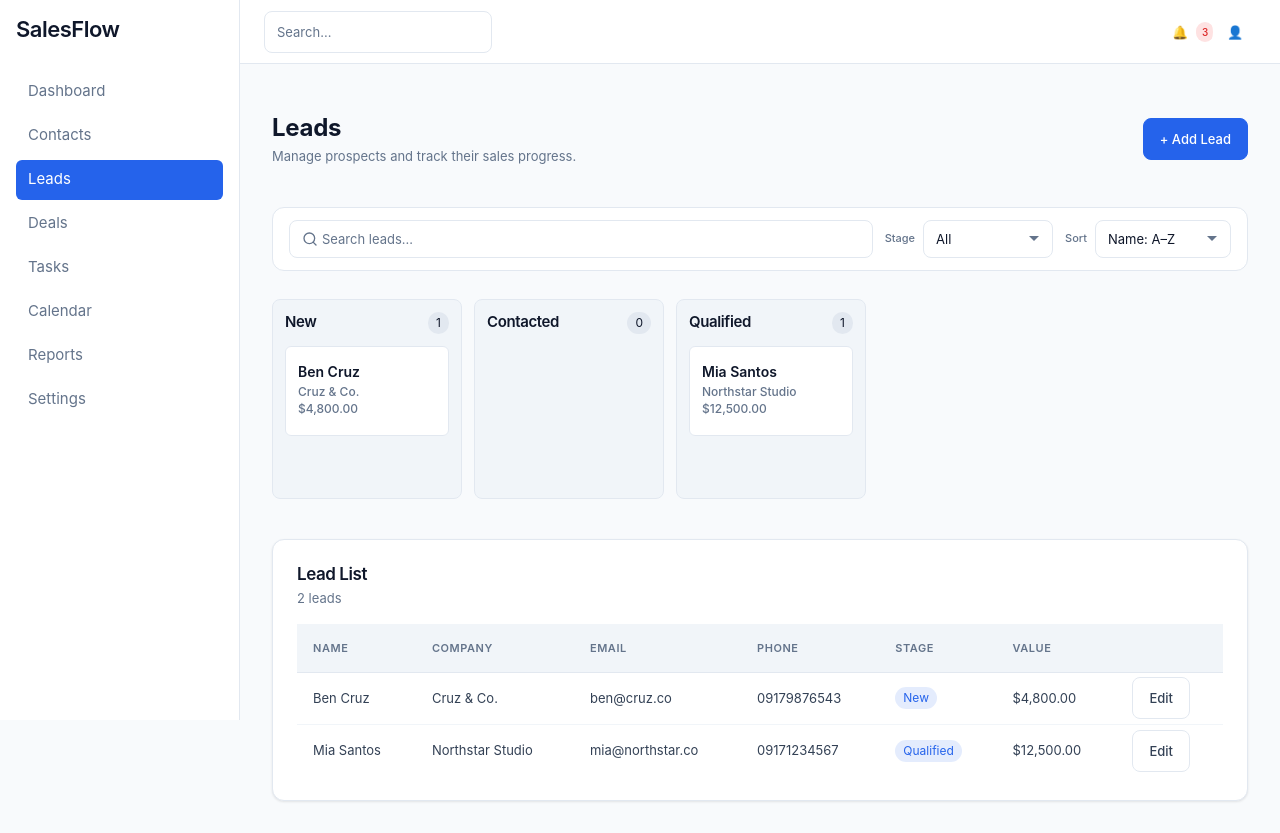
Repository: lawrencegonzaga-dev/salesflow-crm
Page: /leads
These files come from the project's save history. The page is drawn as it stood at one moment and after the next save; the edit follows.
The browser window is 1280 px wide. The pictures show the whole page.
The project was rebuilt for these pictures with package versions that can differ from the ones it lists, and the page was loaded fresh each time. Also part of the build but not shown: vite.config.js, src/components/StatCard.jsx, src/components/DashboardLeads.jsx, src/components/DashboardDeals.jsx, src/components/DashboardTasks.jsx, src/components/RecentActivity.jsx, src/pages/Dashboard.jsx, src/components/ContactForm.jsx and 22 more.

Above is the page before, as saved 2026-08-18 18:34:39.

After the next save:
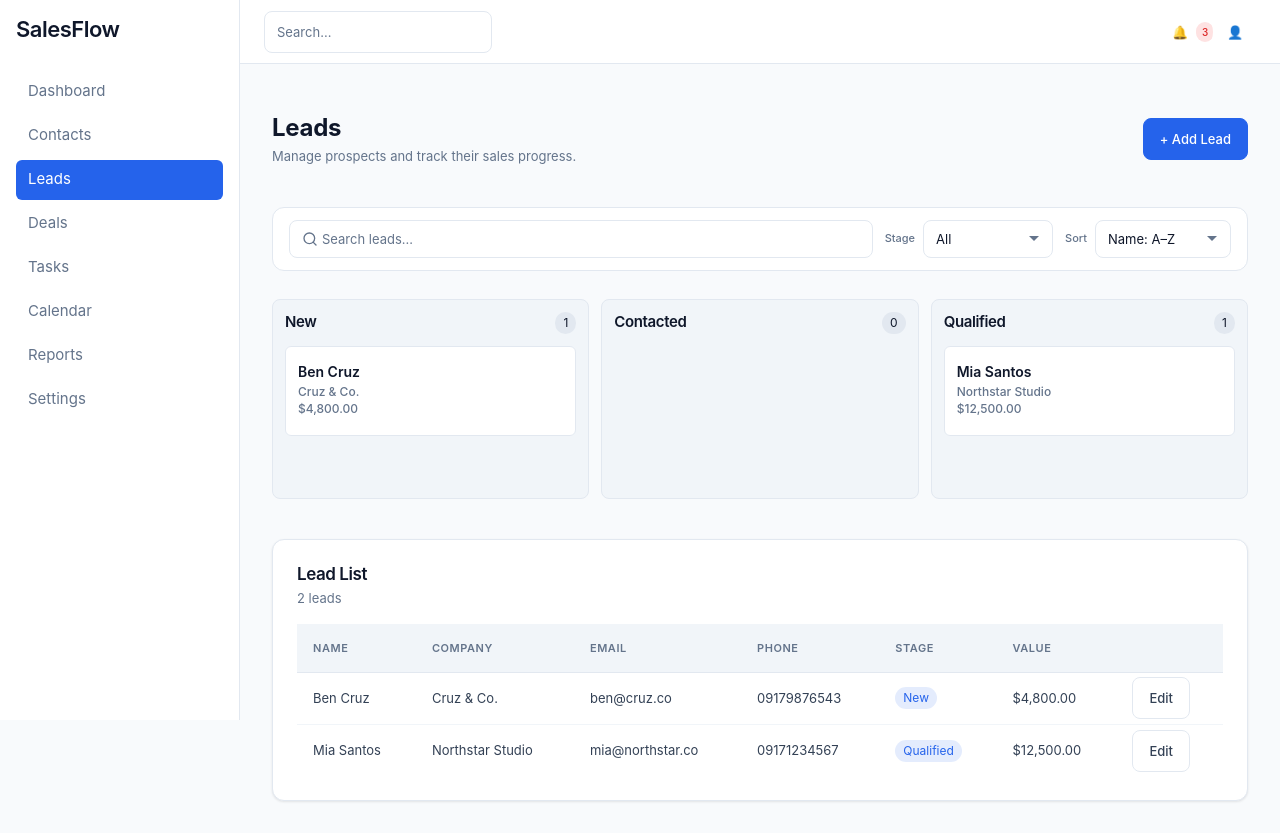
Saved 3 min 23 s later.
--- a/src/styles/components/leads.css
+++ b/src/styles/components/leads.css
@@ -1,6 +1,6 @@
 .lead-pipeline {
   display: grid;
-  grid-template-columns: repeat(6, minmax(190px, 1fr));
+  grid-template-columns: repeat(3, minmax(190px, 1fr));
   gap: 12px;
   overflow-x: auto;
   padding: 4px 0 16px;

After the save that followed:
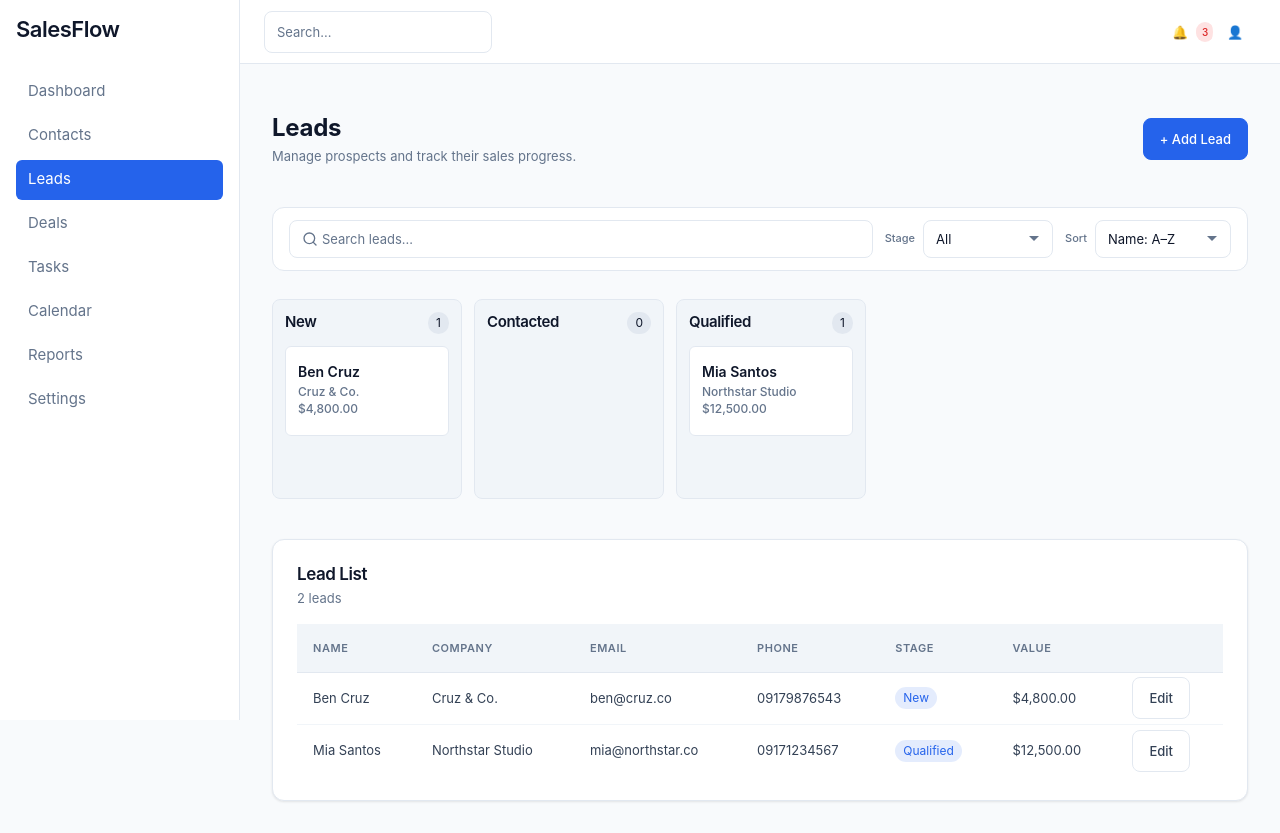
Saved 14 s later.
--- a/src/styles/components/leads.css
+++ b/src/styles/components/leads.css
@@ -1,6 +1,6 @@
 .lead-pipeline {
   display: grid;
-  grid-template-columns: repeat(3, minmax(190px, 1fr));
+  grid-template-columns: repeat(6, minmax(190px, 1fr));
   gap: 12px;
   overflow-x: auto;
   padding: 4px 0 16px;
